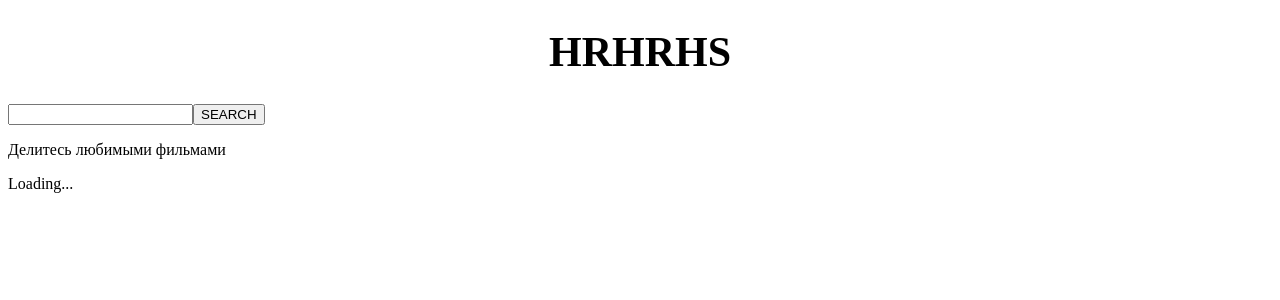
Repository: Hansol46/Films-archive
Page: /
An editor plug-in stored every save of this project. The page is shown before and after the next save, followed by the edit.
The browser window is 1280 px wide. The pictures show the whole page.
The page's requests for data from a server got no answer. The project was rebuilt for these pictures with package versions that can differ from the ones it lists, and the page was loaded fresh each time. No one was signed in, and anything a server would have sent is missing. Also part of the build but not shown: webpack.config.js, src/components/material/nav.js, src/components/Movie.js.

Above is the page before, as saved 2020-09-25 13:04:26.

### src/index.html
<!DOCTYPE html>
<html lang="en">
<head>
    <meta charset="UTF-8">
    <meta name="viewport" content="width=device-width, initial-scale=1.0">
    <title>Search Films</title>
    <link rel="stylesheet" href="https://fonts.googleapis.com/css?family=Roboto:300,400,500,700&display=swap" />
    <link rel="stylesheet" href="https://fonts.googleapis.com/icon?family=Material+Icons" />
</head>
<body>
    <div id='root'>

    </div>
</body>
</html>

### src/index.js
import React from 'react'
import ReactDOM from 'react-dom'
import App from './components/App'


ReactDOM.render(<App />, document.getElementById('root'))

### src/components/App.js
import React, { useEffect, useReducer, useState } from 'react'
import '../styles/App.css'
import PrimarySearchAppBar from './material/nav'
import Movie from './Movie'
import Search from './Search'

const APIkey = 'apikey=1151f2b7'
const APIurl = `http://www.omdbapi.com/?t=inception&${APIkey}`

const initialState ={
    loading: true,
    movies: [],
    error: null,
}
const reducer = (state, action) => {
    switch (action.type) {
        case 'SEARCH_MOVIES_REQUEST':
            return {
                ...state,
                loading: true,
                error: null
            }
        case 'SEARCH_MOVIES_SUCCESS':
            return {
                ...state,
                loading: true,
                movies: action.payload
            }
        case 'SEARCH_MOVIES_FAILURE':
            return {
                ...state,
                loading: false,
                error: action.error
            };
        default:
            return state
    }
}
function App () {

    const [state, dispatch] = useReducer(reducer, initialState)

    useEffect( () => {
        fetch(APIurl)
        .then(response => response.json())
        .then(jsonResponse => {
            dispatch( {
                type: 'SEARCH_MOVIES_SUCCESS',
                payload: jsonResponse.Search
            })
        })
    }, [])

    const search = searchValue => {
        dispatch({
            type: 'SEARCH_MOVIES_REQUEST'
        })

    fetch(`http://www.omdbapi.com/?s=${searchValue}&${APIkey}`)
    .then(response => response.json())
    .then(jsonResponse=> {
        if(jsonResponse.Response === 'True'){
            dispatch({
                type: "SEARCH_MOVIES_SUCCESS",
                payload: jsonResponse.Search
            })
        } else {
            dispatch({
                type: "SEARCH_MOVIES_FAILURE",
                error: jsonResponse.Error
            })
        }
    })
    }
    const { movies, error, loading } = state

    return (
        <div className={'App'}>
            <h1>HRHRHS</h1>
            <Search search={search}/>
            <p className='AppInfo'>Делитесь любимыми фильмами</p>
            <div className="movies">
                {loading && !error ? (
                    <span>Loading...</span>
                ) : error?(
                    <div className="errorMessage">{error}</div>
                ) : (
                    movies.map((movie, index) => (
                        <Movie key={`${index}-${movie.Title}`} movie={movie} />
                    ))
                )}
            </div>

        </div>
    )
}

export default App

### src/styles/App.css
h1 {
    color: black;
    text-align: center;
    font-size: 42px;
}

.App {
    color: black;
}

### src/components/Search.js
import React, { useEffect, useState } from 'react'

function Search(props) {
    // const [state, setState] = useState([]);
    // useEffect(() => {
    //     const APIkey = 'apikey=1151f2b7'
    //     const APIurl = `http://www.omdbapi.com/?t=inception&${APIkey}`
    //     fetch(APIurl)
    //         .then(response => response.json())
    //         .then(json => setState(json))
    // }, [])
    const [searchValue, setSearchValue] = useState('')

    const resetInputField = () => {
        setSearchValue('')
    }
    const callSearchFunction = (event) => {
        event.preventDefault()
        props.search(searchValue)
        resetInputField()
    }



    return(
        <form>
            <input
            value={searchValue}
            onChange={event => setSearchValue(event.target.value)}
            type='text'
            />
            <input onClick={callSearchFunction} type='submit' value='SEARCH' />
        </form>

    )


}
export default Search

After the next save:
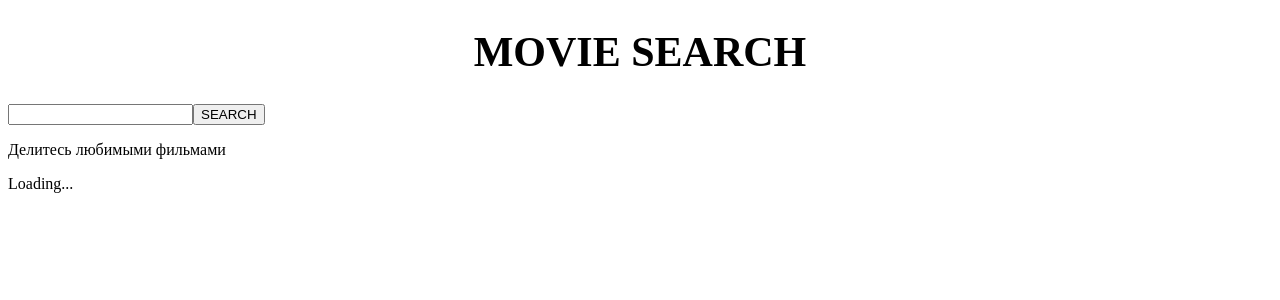
Saved 10 min 38 s later.
--- a/src/components/App.js
+++ b/src/components/App.js
@@ -76,7 +76,7 @@ function App () {
 
     return (
         <div className={'App'}>
-            <h1>HRHRHS</h1>
+            <h1>MOVIE SEARCH</h1>
             <Search search={search}/>
             <p className='AppInfo'>Делитесь любимыми фильмами</p>
             <div className="movies">
